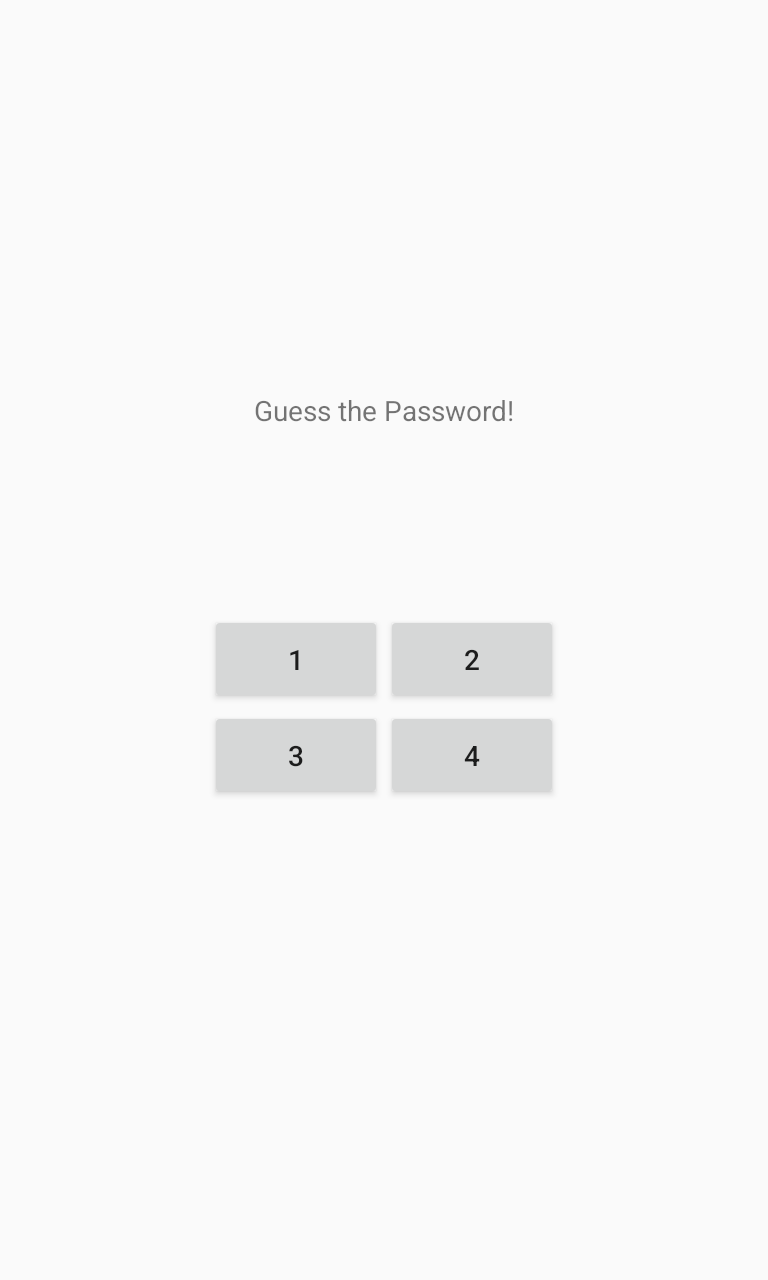
Repository: cryder3/csc303
Layout: Challenge1/res/layout/activity_topsecret.xml
These files come from the project's save history. The layout is drawn as it stood at one moment and after the next save; the edit follows.
It is drawn on a 768 x 1280 px phone screen (xhdpi) without system bars, with theme AppTheme; the app's code is not run.

Above is the layout before, as saved 2014-09-10 15:32:34.

After the next save:
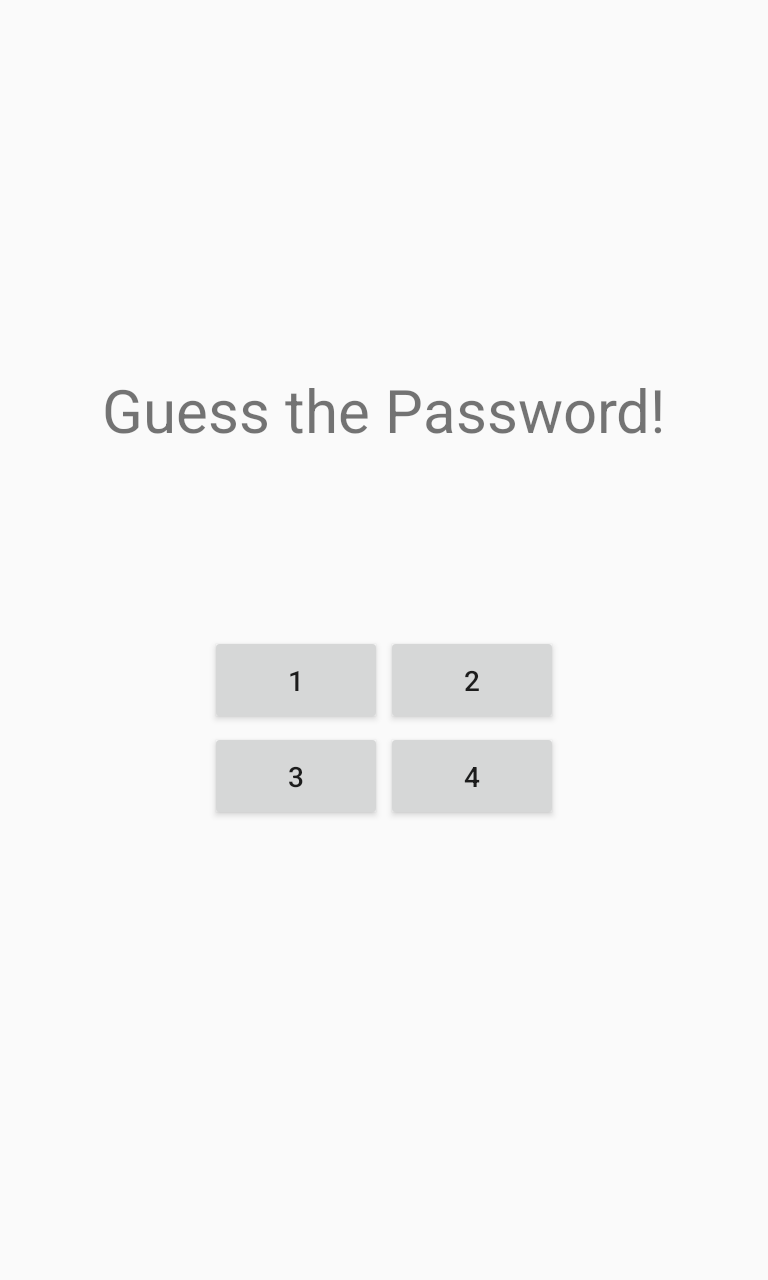
Saved 14 min 7 s later.
--- a/Challenge1/res/layout/activity_topsecret.xml
+++ b/Challenge1/res/layout/activity_topsecret.xml
@@ -11,6 +11,7 @@
         android:layout_width="wrap_content"
         android:layout_height="wrap_content"
         android:padding="24dp"
+        android:textSize="30dp"
         android:text="@string/title"
         />
 
